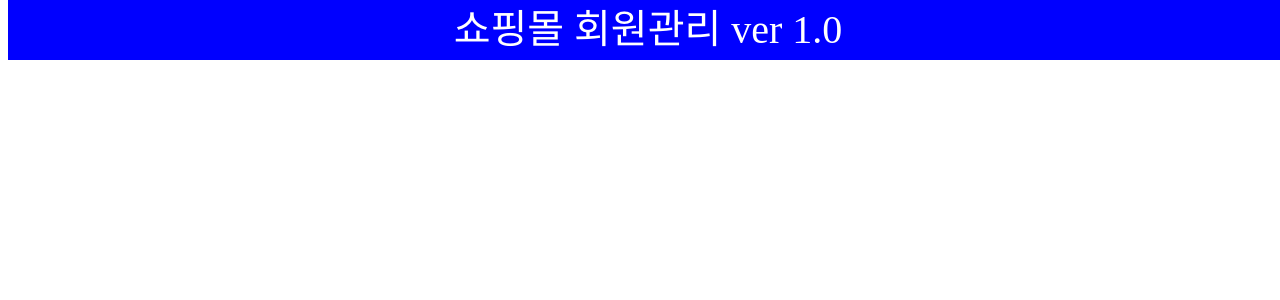
Repository: haileylee94/mini-project
Page: http://localhost/hrd/
An editor plug-in stored every save of this project. The page is shown before and after the next save, followed by the edit.
The browser window is 1280 px wide. The pictures show the whole page.
The page is served by Tomcat 9. Other server files are loaded and not shown.

Above is the page before, as saved 2022-11-17 08:50:59.

### hrd/WebContent/index.jsp
<%@ page language="java" contentType="text/html; charset=UTF-8"
    pageEncoding="UTF-8"%>
<!DOCTYPE html>
<html>
<head>
<meta charset="UTF-8">
<title>index</title>
<style type="text/css">
	header{
		position:fixed;
		top:0px;
		width:100%;
		height: 60px;
		background-color: blue;
		color: white;
		text-align: center;
		line-height: 60px;
		font-size: 40px;
	}
</style>
</head>
<body>
	<header>
		쇼핑몰 회원관리 ver 1.0
	</header>
</body>
</html>

After the next save:
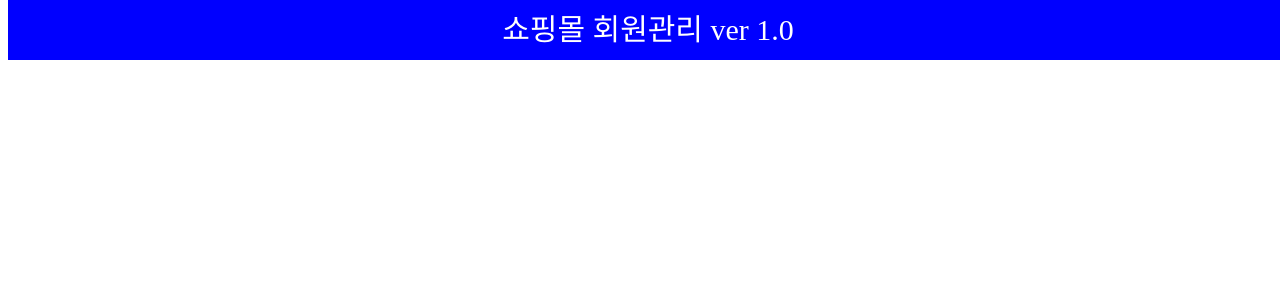
Saved 11 s later.
--- a/hrd/WebContent/index.jsp
+++ b/hrd/WebContent/index.jsp
@@ -15,7 +15,7 @@
 		color: white;
 		text-align: center;
 		line-height: 60px;
-		font-size: 40px;
+		font-size: 30px;
 	}
 </style>
 </head>
